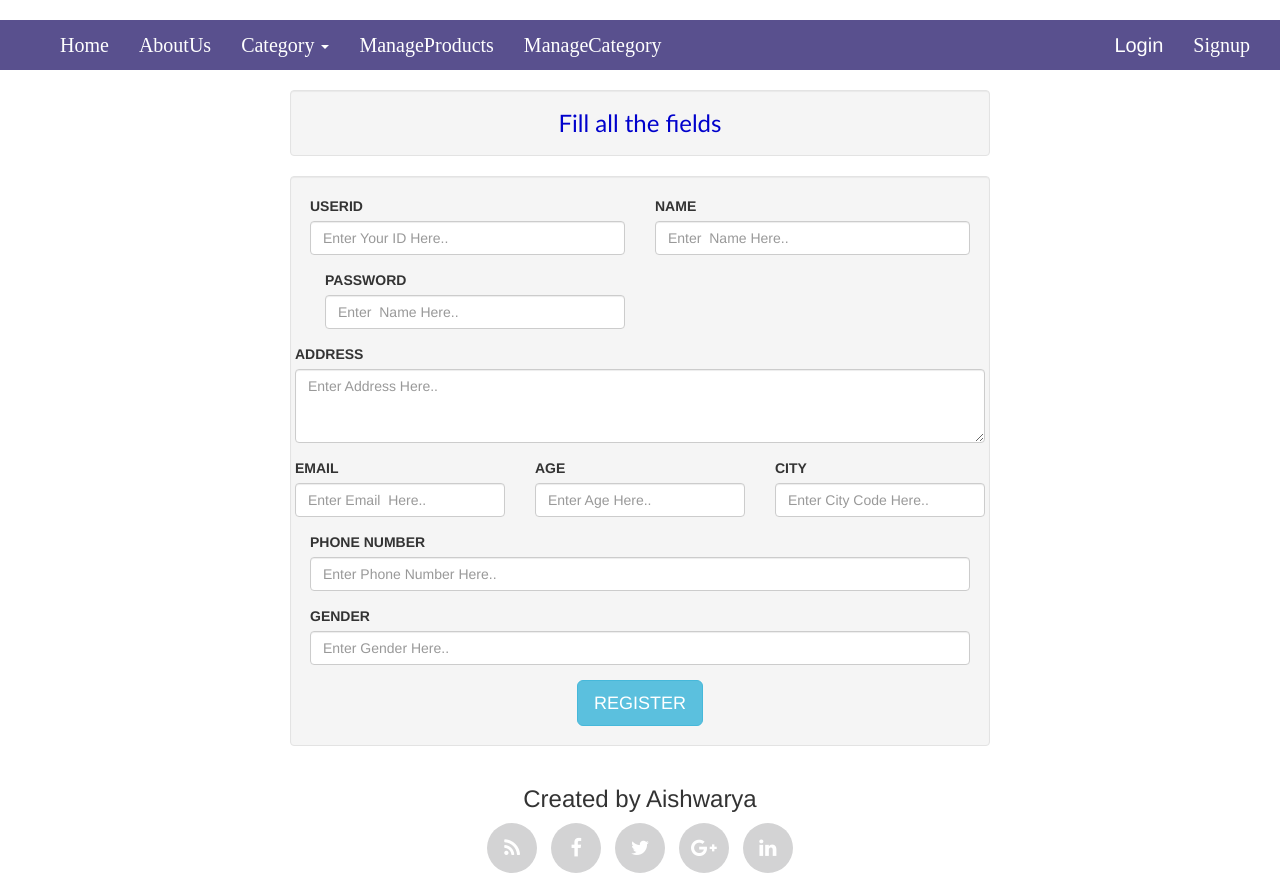
Repository: qwertuy/DTPROGRAMSPROJECTS
Page: http://localhost/Ecommerce/WEB-INF/views/registerpage.jsp
These files come from the project's save history. The page is drawn as it stood at one moment and after the next save; the edit follows.
The browser window is 1280 px wide. The pictures show the whole page.
Some web libraries are served in a nearby version. The page is served by Tomcat 9. Nobody is signed in. Other server files are loaded and not shown. The template is opened directly, without the code that normally fills it, so the values that code supplies are empty.

Above is the page before, as saved 2018-03-18 09:35:00.
Console error: SyntaxError: Unexpected token '{'

### Ecommerce/src/main/webapp/WEB-INF/views/registerpage.jsp
<%@ page language="java" contentType="text/html; charset=ISO-8859-1"
    pageEncoding="ISO-8859-1"%>
    <%@ taglib uri="http://www.springframework.org/tags/form" prefix="form"%>
<%@ taglib uri="http://java.sun.com/jsp/jstl/core" prefix="c"%>
<!DOCTYPE html PUBLIC "-//W3C//DTD HTML 4.01 Transitional//EN" "http://www.w3.org/TR/html4/loose.dtd">
<html>
<head>
<meta http-equiv="Content-Type" content="text/html; charset=ISO-8859-1">
<title>Insert title here</title>
<!-- To Access the Bootstrap link -->
<link rel="stylesheet" href="https://maxcdn.bootstrapcdn.com/bootstrap/3.3.7/css/bootstrap.min.css">
<script src="https://ajax.googleapis.com/ajax/libs/jquery/3.2.1/jquery.min.js"></script>
<script src="https://maxcdn.bootstrapcdn.com/bootstrap/3.3.7/js/bootstrap.min.js"></script>
<link href="//maxcdn.bootstrapcdn.com/font-awesome/4.1.0/css/font-awesome.min.css" rel="stylesheet">
<link href=".resources/css/registerpage.css" rel="stylesheet"/>
<style type="text/css">
  .backgroundclr
  {
    background-color: #1a0000;
  }
</style>
</head>
<body>
<jsp:include page="header.jsp"></jsp:include>
<!-- Registration form here -->
<div class="container">
    <center><h3 class="well" style="font-family: Calibri;font-style: bold;color:#0001cc">Fill all the fields</h3></center>
	<div class="col-lg-12 well">
	<div class="row">
			<form  action="registerpage" method="post">
					<div class="col-sm-12">
						<div class="row">
							<div class="col-sm-6 form-group">
								<label>USERID</label>
								<input type="text" placeholder="Enter Your ID Here.." class="form-control" pattern="[0-9]+" required name="userid">
							</div>
							<div class="col-sm-6 form-group">
								<label>NAME</label>
								<input type="text" placeholder="Enter  Name Here.." class="form-control" pattern="^[a-zA-Z][a-zA-Z0-9-_\.]{1,20}$" required name="username">
							</div>
						</div>
						<div class="col-sm-6 form-group">
								<label>PASSWORD</label>
								<input type="text" placeholder="Enter  Name Here.." class="form-control"  pattern="[A-Za-z]+" required name="userpass">
							</div>
						</div>
						<div class="form-group">
							<label>ADDRESS</label>
							<textarea placeholder="Enter Address Here.." rows="3" class="form-control" pattern="^[a-zA-Z][a-zA-Z0-9-_\.]{1,20}$" required name="useraddress"></textarea>
						</div>
						<div class="row">
							<div class="col-sm-4 form-group">
								<label>EMAIL</label>
								<input type="text" placeholder="Enter Email  Here.." class="form-control" pattern="[a-z0-9._%+-]+@[a-z0-9.-]+\.[a-z]{2,4}$" required name="usermail">
							</div>
							<div class="col-sm-4 form-group">
								<label>AGE</label>
								<input type="text" placeholder="Enter Age Here.." class="form-control" required name="userage">
							</div>
							<div class="col-sm-4 form-group">
								<label>CITY</label>
								<input type="text" placeholder="Enter City Code Here.." class="form-control" pattern="^[a-zA-Z][a-zA-Z0-9-_\.]{1,20}$" required name="usercity">
							</div>
						</div>


						</div>
					<div class="form-group">
						<label>PHONE NUMBER</label>
						<input type="text" placeholder="Enter Phone Number Here.." class="form-control" pattern="^\{10}$" required name="userphone">
					</div>

					<div class="form-group">
						<label>GENDER</label>
						<input type="text" placeholder="Enter Gender Here.."  class="form-control" pattern="^[a-zA-Z][a-zA-Z0-9-_\.]{1,20}$" required name="usergen">

					</div>

					<center>
					<input type="submit" class="btn btn-lg btn-info" value="REGISTER"></input>	</center>
					</div>
				</form>
				</div>
	</div>
	 <!-- Footer of the webpages -->

 <jsp:include page="footer.jsp"></jsp:include>

	</div>
</body>
</html>

### Ecommerce/src/main/webapp/WEB-INF/views/header.jsp
<%@ page language="java" contentType="text/html; charset=ISO-8859-1"
    pageEncoding="ISO-8859-1"%>
    <%@ taglib prefix = "c" uri = "http://java.sun.com/jsp/jstl/core" %>
<!DOCTYPE html PUBLIC "-//W3C//DTD HTML 4.01 Transitional//EN" "http://www.w3.org/TR/html4/loose.dtd">
<html>
<head>
<meta http-equiv="Content-Type" content="text/html; charset=ISO-8859-1">
<title>BOHEMIAN</title>
 <link rel="stylesheet" href="https://maxcdn.bootstrapcdn.com/bootstrap/3.3.7/css/bootstrap.min.css">
  <script src="https://ajax.googleapis.com/ajax/libs/jquery/3.2.1/jquery.min.js"></script>
  <script src="https://maxcdn.bootstrapcdn.com/bootstrap/3.3.7/js/bootstrap.min.js"></script>
  <link href="//maxcdn.bootstrapcdn.com/font-awesome/4.1.0/css/font-awesome.min.css" rel="stylesheet">

<style type="text/css">
  .backgroundclr
  {
    background-color: #59508e;
  }
</style>

<!-- datatable -->
<link rel="stylesheet" href="https://maxcdn.bootstrapcdn.com/bootstrap/3.3.7/css/bootstrap.min.css" integrity="sha384-BVYiiSIFeK1dGmJRAkycuHAHRg32OmUcww7on3RYdg4Va+PmSTsz/K68vbdEjh4u" crossorigin="anonymous">

<link rel="stylesheet" type="text/css" href="./resources/css/dataTables.bootstrap.min.css"/>

<link rel="stylesheet" type="text/css" href="./resources/css/ss.css"/>


<link rel="stylesheet" type="text/css" href="./resources/css/datatables.css"/>


<link rel="stylesheet" type="text/css" href="./resources/css/datatables.min.css"/>

<script
  src="https://code.jquery.com/jquery-3.2.1.min.js"
  integrity="sha256-hwg4gsxgFZhOsEEamdOYGBf13FyQuiTwlAQgxVSNgt4="
  crossorigin="anonymous"></script>
  <script type="text/javascript" src="./resources/js/jquery.dataTables.min.js"></script>
<script type="text/javascript" src="./resources/js/dataTables.bootstrap.min.css"></script>

<script type="text/javascript">
$(document).ready(function(){
    $('.table').DataTable();
});
</script>
<!-- end -->
</head>
<body>
<nav class="backgroundclr">
	<div class="container-fluid">

		<div class="navbar-header">
			<button type="button" class="navbar-toggle collapsed"
				data-toggle="collapse" data-target="#bs-example-navbar-collapse-1"
				aria-expanded="false">
				<span class="sr-only">Toggle navigation</span> <span
					class="icon-bar"></span> <span class="icon-bar"></span> <span
					class="icon-bar"></span>
			</button>

			<a class="navbar-brand" href="./">
			<%-- 	<img src='<c:url value="./resources/images/boho.jpg" />' class="img-circle" width="50px" height="25px" /> --%>
			<%-- <img src="${pageContext.request.contextPath}/resources/images/weblog1.jpg" class="img-circle" width="50px" height="25px"/> --%>
			</a>
		</div>

		<div class="collapse navbar-collapse">
			<ul class="nav navbar-nav">
			  <li ><a href="" style="font-size:20px;color:white;font-family:Aharoni">Home</a></li>
				<li><a href="" style="font-size:20px;color:white;font-family:Aharoni">AboutUs</a></li>
				<li class="dropdown" style="font-family:Aharoni"><a href="#" class="dropdown-toggle" data-toggle="dropdown" role="button" aria-haspopup="true"
					aria-expanded="Aharoni"  style="font-size:20px;color:white">Category <span class="caret"></span></a>
					<ul class="dropdown-menu">

						<c:forEach items="${clist}" var="p">
						 <li><a href="categoryproductlist?id=${p.categoryid}">${p.categoryname}</a></li>
						 <%-- <li><a href='<c:url value="categoryproductlist?id=${p.categoryid}">${p.categoryname}"/>'</a></li> --%>
						</c:forEach>
						</li>

					</ul>

				</li>
					 <li style="font-family:Aharoni"><a href="<c:url value="/admin/add"/>" role="button" aria-haspopup="true"
					aria-expanded="false" style="font-size:20px;color:white">ManageProducts</a>

					<li style="font-family:Aharoni"><a href="<c:url value="/admin/add1"/>" role="button" aria-haspopup="true"
					aria-expanded="false" style="font-size:20px;color:white">ManageCategory</a>

					</li>


					</li>
					<!-- <li><a href="<c:url value="admin/productlistview"/>" style="font-family: fantasy;">PRODUCTLIST</a>-->
			</ul>


				<c:if test="${pageContext.request.userPrincipal.name  == 'admin'}">
                                <li><a href="<c:url value="/admin" />">Admin</a></li>
                 </c:if>
                 </ul>
			  <ul class="nav navbar-nav navbar-right">
			  <c:if test="${pageContext.request.userPrincipal.name == null }">
					<li>
					<%-- <a href=' <c:url value="/login" />'>Login</a> --%>
					</li>
					<li ><a href="<c:url value="admin/add"/>" role="button" aria-haspopup="Aharoni"
					aria-expanded="false" style="font-size:20px;color:white">Login</a> </li>
				<li style="font-family:Aharoni"><a href=' <c:url value="/reg" />'class="Aharoni" style="font-size:20px;color:white">Signup</a></li>

				</c:if>
				<c:if test="${pageContext.request.userPrincipal.name  != null}">
                               <li><a>Welcome: ${pageContext.request.userPrincipal.name}</a></li>
	              				<li><a href='<c:url value="/logout" />'>Signout</a></li>
                 </c:if>

				</ul>

		</div>
	</div>
</nav>
</body>
</html>

### Ecommerce/src/main/webapp/WEB-INF/views/footer.jsp
<%@ page language="java" contentType="text/html; charset=ISO-8859-1"
    pageEncoding="ISO-8859-1"%>
<!DOCTYPE html PUBLIC "-//W3C//DTD HTML 4.01 Transitional//EN" "http://www.w3.org/TR/html4/loose.dtd">
<html>
<head>
<meta http-equiv="Content-Type" content="text/html; charset=ISO-8859-1">
<title>BOHEMIAN</title>
<link rel="stylesheet" href="https://maxcdn.bootstrapcdn.com/bootstrap/3.3.7/css/bootstrap.min.css">
  <script src="https://ajax.googleapis.com/ajax/libs/jquery/3.2.1/jquery.min.js"></script>
  <script src="https://maxcdn.bootstrapcdn.com/bootstrap/3.3.7/js/bootstrap.min.js"></script>
  <link href="//maxcdn.bootstrapcdn.com/font-awesome/4.2.0/css/font-awesome.min.css" rel="stylesheet">
  <style type="text/css">


/*=========================
  Icons
 ================= */

/* footer social icons */
ul.social-network {
	list-style: none;
	display: inline;
	margin-left:0 !important;
	padding: 0;
}
ul.social-network li {
	display: inline;
	margin: 0 5px;
}


/* footer social icons */
.social-network a.icoRss:hover {
	background-color: #F56504;
}
.social-network a.icoFacebook:hover {
	background-color:#3B5998;
}
.social-network a.icoTwitter:hover {
	background-color:#33ccff;
}
.social-network a.icoGoogle:hover {
	background-color:#BD3518;
}
.social-network a.icoVimeo:hover {
	background-color:#0590B8;
}
.social-network a.icoLinkedin:hover {
	background-color:#007bb7;
}
.social-network a.icoRss:hover i, .social-network a.icoFacebook:hover i, .social-network a.icoTwitter:hover i,
.social-network a.icoGoogle:hover i, .social-network a.icoVimeo:hover i, .social-network a.icoLinkedin:hover i {
	color:#fff;
}
a.socialIcon:hover, .socialHoverClass {
	color:#44BCDD;
}

.social-circle li a {
	display:inline-block;
	position:relative;
	margin:0 auto 0 auto;
	-moz-border-radius:50%;
	-webkit-border-radius:50%;
	border-radius:50%;
	text-align:center;
	width: 50px;
	height: 50px;
	font-size:20px;
}
.social-circle li i {
	margin:0;
	line-height:50px;
	text-align: center;
}

.social-circle li a:hover i, .triggeredHover {
	-moz-transform: rotate(360deg);
	-webkit-transform: rotate(360deg);
	-ms--transform: rotate(360deg);
	transform: rotate(360deg);
	-webkit-transition: all 0.2s;
	-moz-transition: all 0.2s;
	-o-transition: all 0.2s;
	-ms-transition: all 0.2s;
	transition: all 0.2s;
}
.social-circle i {
	color: #fff;
	-webkit-transition: all 0.8s;
	-moz-transition: all 0.8s;
	-o-transition: all 0.8s;
	-ms-transition: all 0.8s;
	transition: all 0.8s;
}


  </style>
</head>
<body>
<center><h3>Created by Aishwarya</h3>
<!--Pulling Awesome Font -->



    			<div class="col-md-12">
                    <ul class="social-network social-circle">
                        <li><a href="#" class="icoRss" title="Rss" style="background-color: #D3D3D4"><i class="fa fa-rss"></i></a></li>
                        <li><a href="#" class="icoFacebook" title="Facebook" style="background-color: #D3D3D4"><i class="fa fa-facebook"></i></a></li>
                        <li><a href="#" class="icoTwitter" title="Twitter" style="background-color: #D3D3D4"><i class="fa fa-twitter"></i></a></li>
                        <li><a href="#" class="icoGoogle" title="Google +" style="background-color: #D3D3D4"><i class="fa fa-google-plus"></i></a></li>
                        <li><a href="#" class="icoLinkedin" title="Linkedin" style="background-color: #D3D3D4"><i class="fa fa-linkedin"></i></a></li>
                    </ul>
				</div>

</center>
</body>
</html>

### Ecommerce/src/main/webapp/resources/css/registerpage.css
/* Space out content a bit */
body {
  padding-top: 20px;
  padding-bottom: 20px;
}

/* Everything but the jumbotron gets side spacing for mobile first views */
.header,
.marketing,
.footer {
  padding-right: 15px;
  padding-left: 15px;
}

/* Custom page header */
.header {
  border-bottom: 1px solid #e5e5e5;
}
/* Make the masthead heading the same height as the navigation */
.header h3 {
  padding-bottom: 19px;
  margin-top: 0;
  margin-bottom: 0;
  line-height: 40px;
}

/* Custom page footer */
.footer {
  padding-top: 19px;
  color: #777;
  border-top: 1px solid #e5e5e5;
}

/* Customize container */
@media (min-width: 768px) {
  .container {
    max-width: 730px;
  }
}
.container-narrow > hr {
  margin: 30px 0;
}

/* Main marketing message and sign up button */
.jumbotron {
  text-align: center;
  border-bottom: 1px solid #e5e5e5;
}
.jumbotron .btn {
  padding: 14px 24px;
  font-size: 21px;
}

/* Supporting marketing content */
.marketing {
  margin: 40px 0;
}
.marketing p + h4 {
  margin-top: 28px;
}

/* Responsive: Portrait tablets and up */
@media screen and (min-width: 768px) {
  /* Remove the padding we set earlier */
  .header,
  .marketing,
  .footer {
    padding-right: 0;
    padding-left: 0;
  }
  /* Space out the masthead */
  .header {
    margin-bottom: 30px;
  }
  /* Remove the bottom border on the jumbotron for visual effect */
  .jumbotron {
    border-bottom: 0;
  }
}

### Ecommerce/src/main/webapp/resources/css/ss.css
@CHARSET "ISO-8859-1";
.c
{
	background: aqua;
}

Loaded but not shown: Ecommerce/src/main/webapp/resources/css/dataTables.bootstrap.min.css (library); Ecommerce/src/main/webapp/resources/css/datatables.css (common file); Ecommerce/src/main/webapp/resources/css/datatables.min.css (library); Ecommerce/src/main/webapp/resources/js/jquery.dataTables.min.js (library)

After the next save:
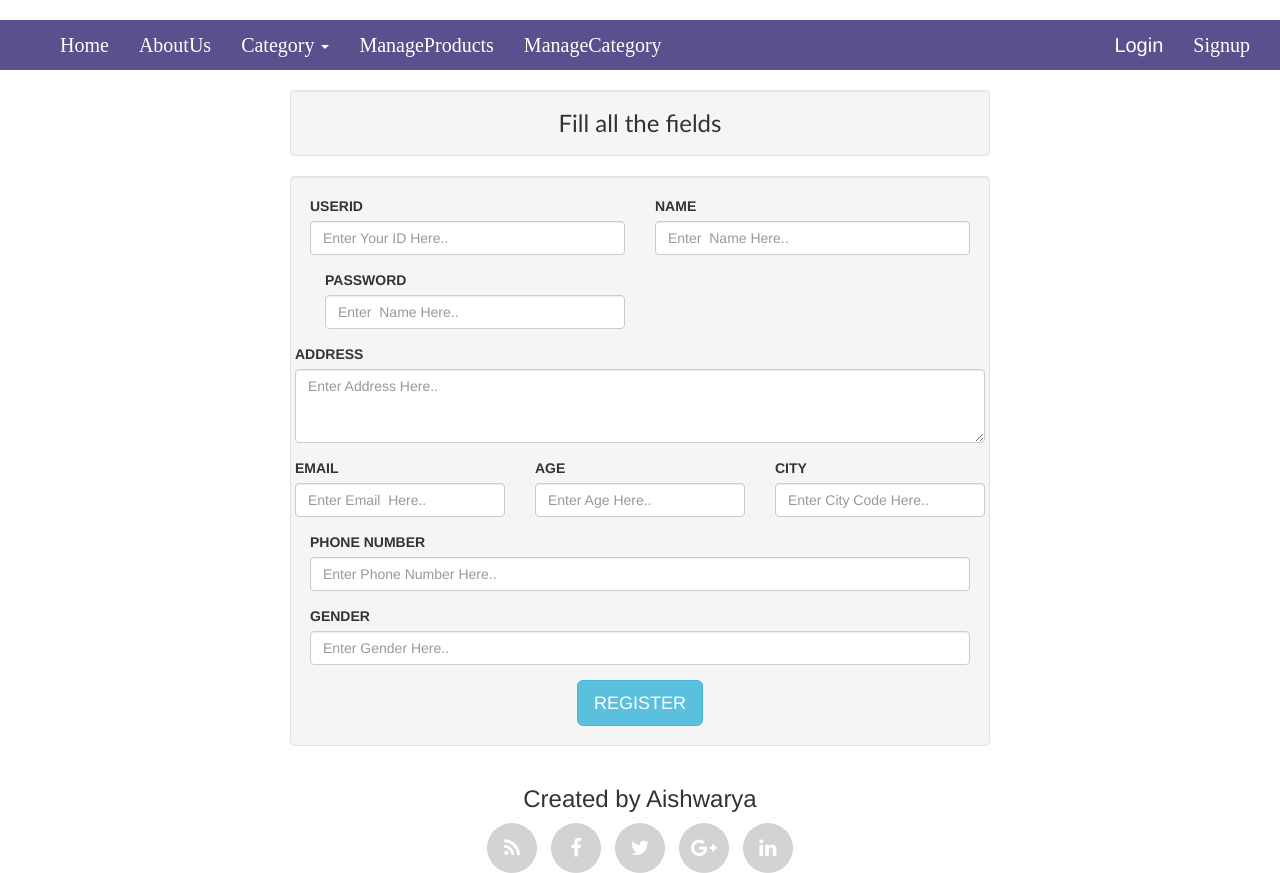
Saved 33 s later.
--- a/Ecommerce/src/main/webapp/WEB-INF/views/registerpage.jsp
+++ b/Ecommerce/src/main/webapp/WEB-INF/views/registerpage.jsp
@@ -24,7 +24,7 @@
 <jsp:include page="header.jsp"></jsp:include>
 <!-- Registration form here -->
 <div class="container">
-    <center><h3 class="well" style="font-family: Calibri;font-style: bold;color:#0001cc">Fill all the fields</h3></center>
+    <center><h3 class="well" style="font-family: Calibri;font-style: bold;color:#000cc">Fill all the fields</h3></center>
 	<div class="col-lg-12 well">
 	<div class="row">
 			<form  action="registerpage" method="post">
